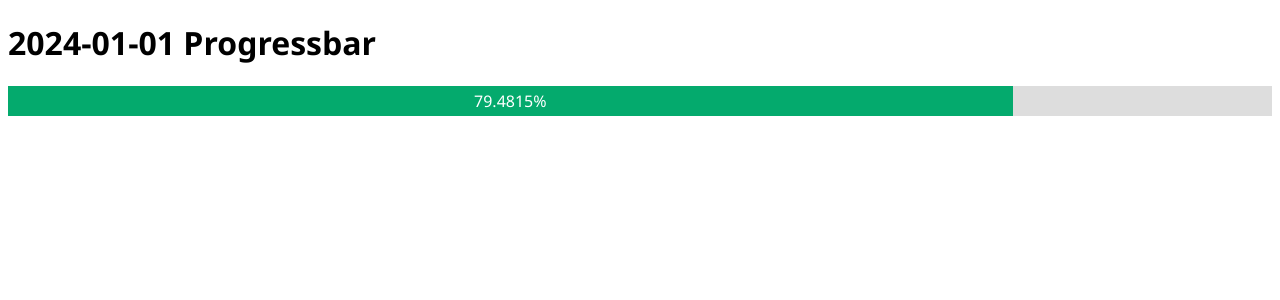
Repository: end888160/end888160.github.io
Page: progress_today.html
These files come from the project's save history. The page is drawn as it stood at one moment and after the next save; the edit follows.
The browser window is 1280 px wide. The pictures show the whole page.

Above is the page before, as saved 2024-09-21 22:53:52.

### progress_today.html
<!DOCTYPE html>
<html>
<style>
	html {
		font-family: 'Segoe UI', Tahoma, Geneva, Verdana, sans-serif;
	}
#countDownProgress {
  width: 100%;
  background-color: #ddd;
}

#countDownBar {
  width: 10%;
  height: 30px;
  background-color: #04AA6D;
  text-align: center;
  line-height: 30px;
  color: white;
}
</style>
<body>

<h1 id="caption"></h1>

<div id="countDownProgress">
  <div id="countDownBar"></div>
</div>

<br>

<script>
	var i=0
function progress() {
	var countDownTarget = new Date().getFullYear() + 1;
  if (i == 0) {
    i = 1;
    var elem = document.getElementById("countDownBar");
    var width = 0;
    function frame() {
      if (((new Date().getTime() - new Date("Jan 1, " + ( countDownTarget - 1) + " 00:00:00")) / ( new Date("Jan 1, " + countDownTarget + " 00:00:00").getTime() - new Date("Jan 1, " + ( countDownTarget - 1) + " 00:00:00")) * 100).toFixed(8) >= 100) {
        clearInterval(id);
        i = 0;
      } else {
        elem.style.width = ((new Date().getHours() * 3600000 + new Date().getMinutes() * 6000 + new Date().getSeconds() * 1000 + new Date().getMilliseconds()) / 864000).toFixed(4) + "%";
        elem.innerHTML = ((new Date().getHours() * 3600000 + new Date().getMinutes() * 6000 + new Date().getSeconds() * 1000 + new Date().getMilliseconds()) / 864000).toFixed(4)  + "%";
      }
    }
	setInterval(frame, 50);
	document.getElementById("caption").innerHTML = new Date().getFullYear() + "-" + ((new Date().getMonth()+1) < 10 ? "0" + (new Date().getMonth()+1) : (new Date().getMonth()+1)) + "-" + (new Date().getDate() < 10 ? "0" + new Date().getDate() : new Date().getDate()) + " Progressbar";
  }

}
function count() {
	progress();
	setTimeout(count, 1)
}

count()
</script>

</body>
</html>

After the next save:
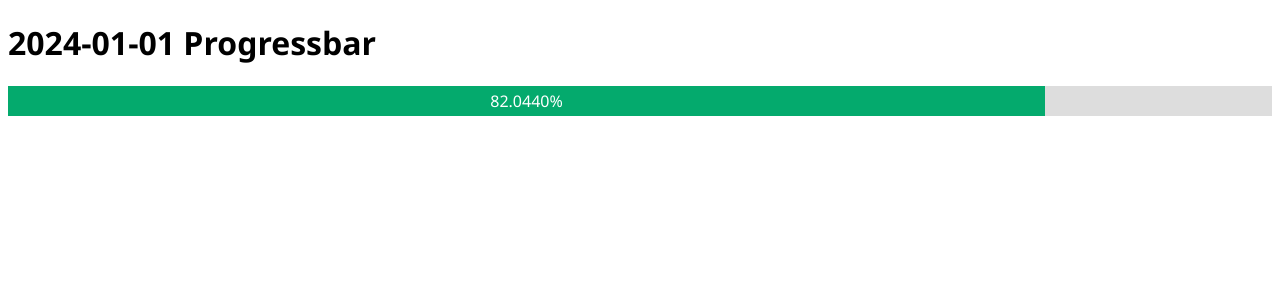
Saved 78 s later.
--- a/progress_today.html
+++ b/progress_today.html
@@ -41,8 +41,8 @@ function progress() {
         clearInterval(id);
         i = 0;
       } else {
-        elem.style.width = ((new Date().getHours() * 3600000 + new Date().getMinutes() * 6000 + new Date().getSeconds() * 1000 + new Date().getMilliseconds()) / 864000).toFixed(4) + "%";
-        elem.innerHTML = ((new Date().getHours() * 3600000 + new Date().getMinutes() * 6000 + new Date().getSeconds() * 1000 + new Date().getMilliseconds()) / 864000).toFixed(4)  + "%";
+        elem.style.width = ((new Date().getHours() * 3600000 + new Date().getMinutes() * 60000 + new Date().getSeconds() * 1000 + new Date().getMilliseconds()) / 864000).toFixed(4) + "%";
+        elem.innerHTML = ((new Date().getHours() * 3600000 + new Date().getMinutes() * 60000 + new Date().getSeconds() * 1000 + new Date().getMilliseconds()) / 864000).toFixed(4)  + "%";
       }
     }
 	setInterval(frame, 50);
